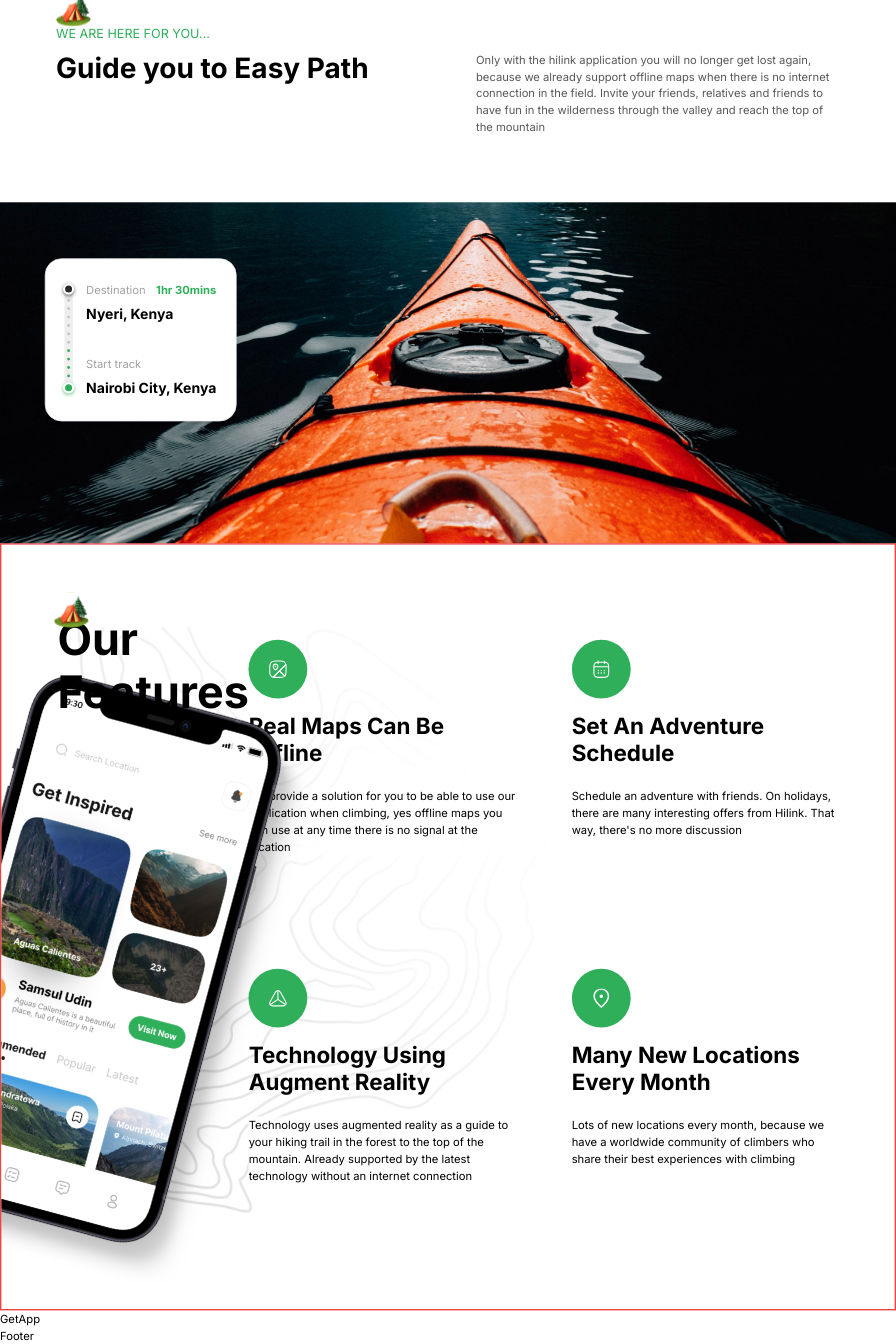
Repository: martin-raphael/travel_agency
Page: /
An editor plug-in stored every save of this project. The page is shown before and after the next save, followed by the edit.
The browser window is 1280 px wide. The pictures show the part of the page from y = 1840 to 3760 px (the page is 3760 px tall before and 3756 px after), at 70% of full size.
The project was rebuilt for these pictures with package versions that can differ from the ones it lists, and the page was loaded fresh each time. The framework's server and built-in components were replaced by stand-ins that run in the browser. Also part of the build but not shown: next.config.mjs.

Above is the page before, as saved 2024-08-09 01:25:08.

After the next save:
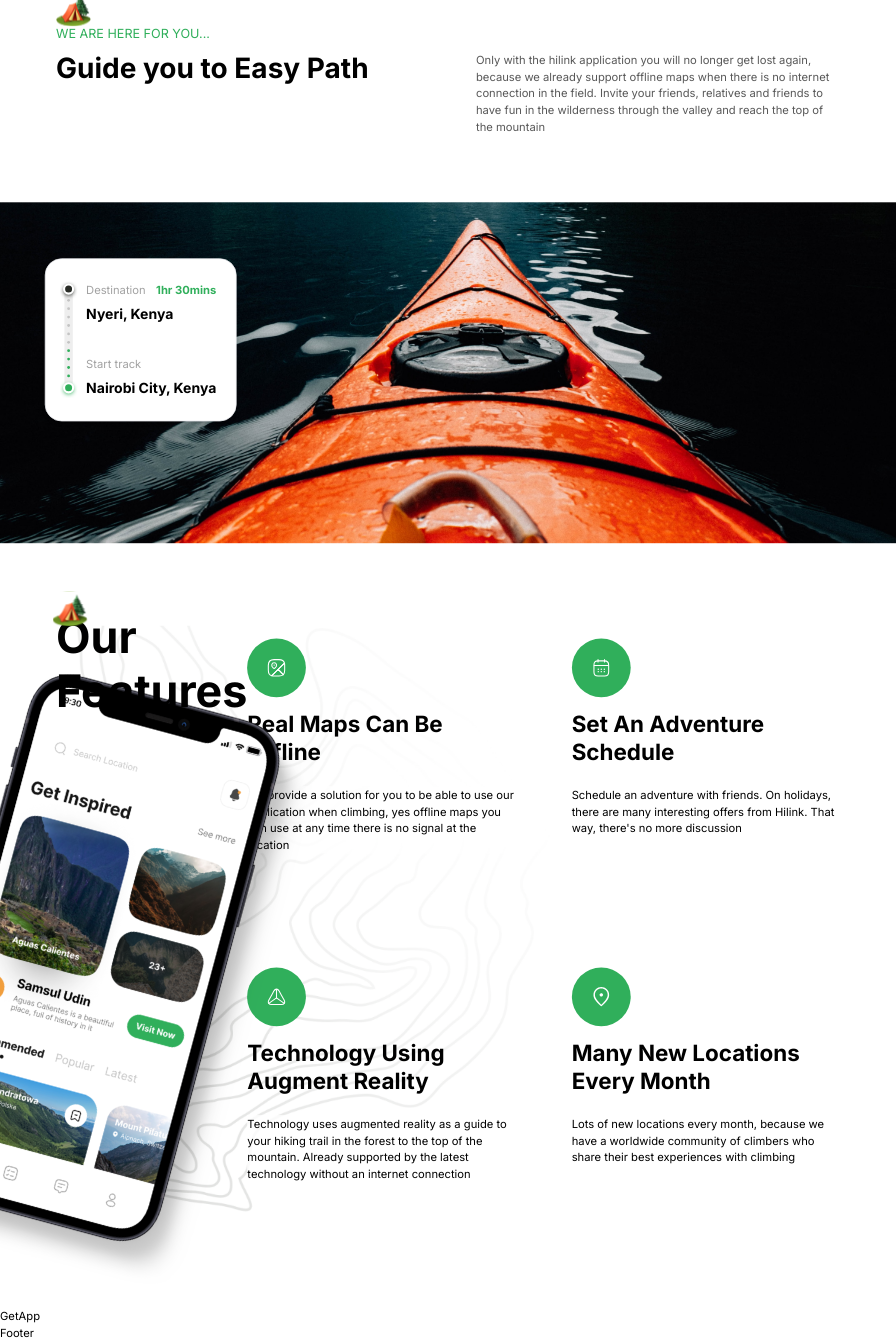
Saved 43 s later.
--- a/components/Features.tsx
+++ b/components/Features.tsx
@@ -5,7 +5,7 @@ import React from "react";
 const Features = () => {
   return (
     <section
-      className="border-2 border-red-500 flex-col flexCenter overflow-hidden bg-feature-bg
+      className="flex-col flexCenter overflow-hidden bg-feature-bg
     bg-center bg-no-repeat py-24"
     >
       <div className="max-container padding-container relative w-full flex justify-end">
